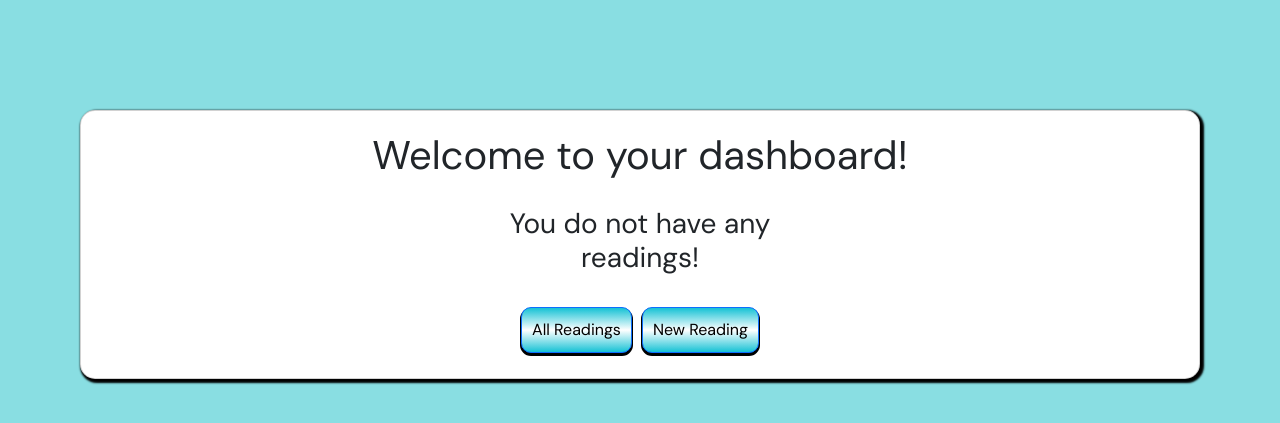
Repository: aiodell/my-glucose-checkup
Page: /dashboard (app in client/)
The author's editor kept a copy of each file at every save. The page is drawn from the files as they stood at one save, then again after the next save.
The browser window is 1280 px wide. The pictures show the whole page.
The page's requests for data from a server got no answer. The project was rebuilt for these pictures with package versions that can differ from the ones it lists, and the page was loaded fresh each time. No one was signed in, and anything a server would have sent is missing. Also part of the build but not shown: client/src/components/Login.js, client/src/components/Signup.js, client/src/components/AllReadings.js, client/src/components/NewReading.js, client/src/components/Home.js, client/src/components/BglUpdateForm.js, client/src/components/BglEventDetails.js, client/src/components/NewBglEvent.js and 8 more.

Above is the page before, as saved 2022-10-06 07:05:22.

### client/src/index.js
import React from 'react';
import ReactDOM from 'react-dom/client';
import {BrowserRouter as Router} from "react-router-dom";
import 'bootstrap/dist/css/bootstrap.min.css';
import App from './App';

const root = ReactDOM.createRoot(document.getElementById('root'));
root.render(
  <React.StrictMode>
  <Router>
    <App />
  </Router>
  </React.StrictMode>
);

### client/src/App.js
import { useState, useEffect } from "react"
import { Switch, Route, useHistory } from "react-router-dom"
import NavBar from "./components/NavBar"
import Login from "./components/Login"
import Signup from "./components/Signup"
import Dashboard from "./components/Dashboard"
import AllReadings from "./components/AllReadings"
import NewReading from "./components/NewReading"
import Home from "./components/Home"
import BglEventDetails from "./components/BglEventDetails"
import NewBglEvent from "./components/NewBglEvent"
import Events from "./components/Events"
import UserProfile from "./components/UserProfile"
import CreateProfile from "./components/CreateProfile"
import AllUsers from "./components/AllUsers"
import './styles.css'

const App = () => {
  const [currentUser, setCurrentUser] = useState("")
  const [readings, setReadings] = useState([])
  const [events, setEvents] = useState([])
  const [users, setUsers] = useState([])
  const [following, setFollowing] = useState([])
  const history = useHistory()

  useEffect( () => {
    fetch(`/auto-login`)
    .then((r) => {
      if (r.ok) {
        r.json().then((user) => setCurrentUser(user))
      }else{
        history.push("/login")
      }
    })
  }, [ ])

	useEffect(() => {
		fetch("/events")
		.then((r) => r.json())
		.then(setEvents)
	}, [])

  useEffect(() => {
		fetch("/bgls")
		.then((r) => r.json())
		.then(setReadings)
	}, [])

  useEffect(() => {
    fetch("/users")
    .then((r) => r.json())
    .then(setUsers)
  }, [])

  useEffect(() => {
    fetch("/relationships")
    .then((r) => r.json())
    .then(setFollowing)
  }, [])

  const updateUser = (user) => setCurrentUser(user)

  const addNewReading = (newReading) => {setReadings(readings => [...readings, newReading])}

  const deleteReading = (deletedReading) => {
    setReadings((readings) => readings.filter((reading) => reading.id !== deletedReading))
  }

  const deleteEvent = (deletedEvent) => {
    setEvents((events) => events.filter((event) => event.id !== deletedEvent))
  }

  const updateBgl = (updatedBgl) => {
    setReadings((readings) => readings.map(bgl => bgl.id === updatedBgl.id ? updatedBgl : bgl))
  }

  // add follower to list
  const addNewFollow = (newFollow) => {
    setFollowing(following => [...following, newFollow])
    const copyOfCurrentUser = {...currentUser}
    copyOfCurrentUser.followees.push(newFollow)
    setCurrentUser(copyOfCurrentUser)
  }

  // delete follower from the list
  const deleteFollow = (deletedFollow) => {
    setFollowing((following) => following.filter((following) => following.id !== deletedFollow))
  }

  const removeCurrentFollowing = (deletedFollowee) => {
    const copyOfCurrentUser = {...currentUser}
    copyOfCurrentUser.followees = copyOfCurrentUser.followees.filter(followee => followee.followee_id !== deletedFollowee.followee_id)
    setCurrentUser(copyOfCurrentUser)
  }

   return (
   <div>
    <NavBar
      currentUser = {currentUser}
      updateUser = {updateUser}
    />
    <Switch>
      <Route exact path = "/login">
        <Login updateUser = {updateUser}/>
      </Route>
      <Route exact path = "/signup">
        <Signup />
      </Route>
      <Route exact path = "/dashboard">
        <Dashboard
        currentUser = {currentUser}
        readings = {readings}
        setReadings = {setReadings}
        following = {following}  // will be used to display the highs and lows of a user being followed
        users = {users}
        />
      </Route>
      <Route exact path= "/bgls/all">
        <AllReadings
        readings = {readings}
        setReadings = {setReadings}
        />
      </Route>
      <Route exact path= "/bgls/new">
        <NewReading addNewReading= {addNewReading} />
      </Route>
      <Route exact path= "/bgls/:id/">
        <BglEventDetails
          updateBgl = {updateBgl}
          deleteReading= {deleteReading}
          readings = {readings}
        />
      </Route>
      <Route exact path="/bgls/:id/bgl_events/new">
        <NewBglEvent events= {events}/>
      </Route>
      <Route exact path="/events">
        <Events
          deleteEvent = {deleteEvent}
          events = {events}
          setEvents = {setEvents}
        />
      </Route>
      <Route exact path= "/me">
        <UserProfile
        currentUser = {currentUser}
        users = {users}
        />
      </Route>
      <Route exact path = "/create-profile">
        <CreateProfile />
      </Route>
      <Route exact path= "/users">
        <AllUsers
        currentUser = {currentUser}
        users = {users}
        addNewFollow = {addNewFollow}
        deleteFollow = {deleteFollow}
        removeCurrentFollowing ={removeCurrentFollowing}
        />
      </Route>
      <Route exact path="/">
        <Home
        currentUser = {currentUser}
        setCurrentUser = {setCurrentUser}/>
      </Route>
    </Switch>
   </div>
  )
}

export default App;

### client/src/components/NavBar.js
import { useHistory, NavLink } from 'react-router-dom'
import Container from "react-bootstrap/Container"
import Nav from 'react-bootstrap/Nav';
import Navbar from 'react-bootstrap/Navbar';
import '../styles.css';

const NavBar = ({updateUser, currentUser}) => {
	const history = useHistory()

	// log out only available when logged in
	const handleLogout = (e) => {
		fetch(`/logout`, {
			method: 'DELETE'
		})
		.then(() => {
			updateUser("")
			history.push('/')
		})
	}

	return(
		<>
		{currentUser ?
			<Navbar bg="dark" variant="dark" expand="lg">
			<Container className="nav-bar">
				<Navbar.Brand>My Glucose Checkup</Navbar.Brand>
				<Navbar.Toggle aria-controls="basic-navbar-nav" />
				<Navbar.Collapse id="basic-navbar-nav"></Navbar.Collapse>
					<Nav className="me-auto">
						<NavLink className="nav-link" to="/dashboard">
							<Nav.Item>Dashboard</Nav.Item>
						</NavLink>
						<NavLink className="nav-link" to="/bgls/all">
							<Nav.Item>My BGLs</Nav.Item>
						</NavLink>
						<NavLink className="nav-link" to="/bgls/new">
							<Nav.Item>New Reading</Nav.Item>
						</NavLink>
						<NavLink className="nav-link" to="/me">
							<Nav.Item>My Account</Nav.Item>
						</NavLink>
						<NavLink className="nav-link" to="/users">
							<Nav.Item>All Users</Nav.Item>
						</NavLink>
						<Nav.Link onClick={handleLogout}>Logout</Nav.Link>
					</Nav>
			</Container>
		</Navbar> : null }
		</>
	)
}

export default NavBar

### client/src/components/Dashboard.js
import { useState, useEffect } from "react"
import {useHistory, Link, NavLink } from "react-router-dom"
import Container from "react-bootstrap/Container"
import Card from "react-bootstrap/Card"
import Button from "react-bootstrap/Button"
import Col from 'react-bootstrap/Col';
import Row from 'react-bootstrap/Row';

const Dashboard = ({currentUser}) => {
	const[readings, setReadings] = useState([])
	const[errors, setErrors] = useState([])
	const history= useHistory()

	// get the bgls for the user
	useEffect(() => {
		fetch("/bgls")
		.then(r => {
			if(r.ok){
				r.json().then(data => setReadings(data))
			}else{
				r.json().then(data => {
					setErrors(data.errors)
					history.push("/login")
				})
			}
		})
	}, [ ])

	// sort the highest, lowest, and most current value
	const lowestValue = [...readings].sort((a,b) => a.value - b.value)
	const highestValue = [...readings].sort((a,b) => b.value - a.value)
	const highestId =[...readings].sort((a,b) => b.id - a.id)

	const average = (arr) => {
		const { length } = arr
		return arr.reduce((acc, val) => {
			return acc + (val.value/length)
		}, 0)
	}

	const renderAverage = parseInt(average(readings))

	const renderLowest = lowestValue.slice(0,1).map((num) => {
		return(
			<div>
				<h2 key={num.id}> Lowest: {num.value}</h2>
			<Link to= {`/bgls/${num.id}`} className="small-link"> View Details</Link>
			</div>
		)
	})

	const renderHighest = highestValue.slice(0,1).map((num)=> {
		return(
			<div>
				<h2 key={num.id}> Highest: {num.value}</h2>
				<Link to= {`/bgls/${num.id}`} className="small-link"> View Details</Link>
			</div>
		)
	})

	const renderCurrent = highestId.slice(0,1).map((num) => {
		return(
		<>
			<Card className="current-bgl">
				<h1 className="current-txt" key={num.id}> {num.value} </h1>
			</Card>
			<Link to= {`/bgls/${num.id}`} className="small-link"> View Details</Link>
		</>
		)
	})

	// will return a dashboard alongside any highs and lows of followed users
	return(
		<Container className="container-style">
			{errors ? errors.map(e => <section>{e}</section>):null}
			<Card className="dash-container">
				{currentUser.first_name ? <h1 className="dash-title">
					Welcome to your dashboard, {currentUser.first_name} </h1>
					: <h1>Welcome to your dashboard!</h1> }
				{currentUser.admin ?
				<>
					<Row>
						<p>You are in admin mode</p>
							{renderCurrent}
					</Row>
						<Row className="low-high-avg">
							<Col>{renderLowest}</Col>
							<Col>
								{renderAverage === 0 ? <h3> You do not have any readings!</h3> :
								 	<h2> Average: {renderAverage}</h2>
								 }
							</Col>
							<Col>{renderHighest}</Col>
						</Row>
						<div>
							<NavLink to="/events">
								<Button className="btns" >All Events</Button>
							</NavLink>
							<NavLink to="/bgls/all">
								<Button className="btns">All Test Readings</Button>
							</NavLink>
							<NavLink to="/bgls/new">
								<Button className="btns">New Test Reading</Button>
							</NavLink>
						</div>
						<div>
							{/* Add updates from followed users here */}
						</div>
				</> :
				<>
					<Row>
						{renderCurrent}
					</Row>
						<Row className="low-high-avg">
							<Col>{renderLowest}</Col>
							<Col>
								{renderAverage === 0 ? <h3> You do not have any readings!</h3> :
								 	<h2> Average: {renderAverage}</h2>
								}
							</Col>
							<Col>{renderHighest}</Col>
						</Row>
						<div>
							<NavLink to="/bgls/all">
								<Button className="btns">All Readings</Button>
							</NavLink>
							<NavLink to="/bgls/new">
								<Button className="btns">New Reading</Button>
							</NavLink>
						</div>
				</> }
			</Card>
		</Container>
	)
}

export default Dashboard

### client/src/styles.css
@import url('https://fonts.googleapis.com/css2?family=DM+Sans&display=swap');
@import url('https://fonts.googleapis.com/css2?family=Carter+One&family=DM+Sans&display=swap');

body {
  font-family: 'DM Sans', sans-serif;
  background-color:	#89dee2;
  margin: 0px;
}

/*Universal */
.btns {
  background-image: linear-gradient(#16c2d5, #ffffff,#16c2d5);
  color: rgb(0, 0, 0);
  padding: 10px;
  margin: 5px;
  text-align: center;
  border-radius: 10px;
  box-shadow: 0px 2px 0px 1px black;
  text-decoration: none;
}

.container-style{
  text-align: center;
  padding: 10px;
  position: relative;
}

.navbar-brand{
  font-family: 'Carter One', cursive;
  font-size: 2rem;
  text-align:left
}

/*Home Page */
.Home {
  text-align: center;
}

.home-background {
  background-color: #88c7b2;
  min-height: 100vh;
  display: flex;
  flex-direction: column;
  align-items: center;
  justify-content: center;
  font-size: calc(10px + 2vmin);
  color: white;
}

.welcome {
  font-family: 'Carter One', cursive;
  text-shadow: 2px 2px black;
  text-align: center;
}

.home-btn-div {
  align-content: center;
}

/*Forms */
.form-style{
  margin-top: 100px;
  border-radius: 20px;
  box-shadow: 0px 2px 0px 1px black;
  background-image: linear-gradient(#67eabe, #ffffff);
  color: rgb(0, 0, 0);
}
.title{
  padding: 20px;
  position: relative;
}

/*Dashbord */
.dash-container{
  margin-top: 100px;
  padding: 20px;
  background-image: linear-gradient(#ffffff,#ffffff, #ffffff #527c88);
  box-shadow: 2px 2px 2px 2px black;
  border-radius: 15px;
  position: relative;
}

.current-bgl{
  border-radius: 50%;
  height: 150px;
  width: 150px;
  vertical-align: middle;
  left: 44%;
  position: relative;
  box-shadow: 2px 2px 2px 2px black;
  background-image: linear-gradient(#67eabe, #ffffff);
}

.current-txt{
  text-align: center;
  font-size: 4rem;
  padding-top: 40px;
  padding-left: 5px;
  position: relative;
}

.low-high-avg{
  padding: 20px;
  position: relative;
}

.dash-title{
  font-family: 'Carter One', cursive;
  text-shadow: 2px 2px 2px black;
  color: white
}

/*Events */

.list{
  list-style: none;
  padding: 5px;
  font-size: 150%;
}

.event-container-style{
  text-align: center;
  padding: 10px;
  position: relative;
  margin: 5px;
}

.delete-btn{
  background-image: linear-gradient(#67eabe, #ffffff);
  color: rgb(0, 0, 0);
  padding: 5px;
  margin: 5px;
  text-align: center;
  box-shadow: 0px 2px 0px 1px black;
  text-decoration: none;
}
.event-card{
  vertical-align: middle;
  left: 39%;
  position: relative;
}

/*All bgls*/
.all-bgl-container-style{
  align-content: center;
  margin-top: 20px;
  text-align: center;
  display: relative;
  position:relative;
  max-width: 50%;
}

.link-text-style{
  text-decoration: none;
}

.pages {
  display: flex;
  justify-content: center;
  margin-top: 20px;
}

.bgl-card{
  margin: 10px;
  text-decoration: none;
  color: black;
  box-shadow: 0px 2px 0px 2px black;
}

.card-title{
  font-size: 150%;
}

.search {
  width: 50%;
  text-align: center;

  position: relative;
  display: block;
  margin: auto;
  padding: 2rem;
}

.searchTerm {
  text-align: center;
  width: 100%;
  border: 3px solid #004e59;
  padding: 5px;
  height: 3rem;
  border-radius: 5px;
  outline: none;
  font-size: 1.5rem;
}

/* Profile Completion Form */
.form-title{
  text-align: center;
  margin-top: 15px;
}

.profile-completion{
  text-align: center;
  padding: 15px;
  margin: 10px;
  box-shadow: 1px 2px 0px 1px black;
  background-image: linear-gradient(#eaeaea, #ffffff);
  color: rgb(0, 0, 0);
}

.profile-label{
  margin-bottom: 5px;
  margin-top: 10px;
}

.form-check{
  margin-top: 5px
}

/*profile container*/
.profile-container{
  align-content: center;
  margin-top: 20px;
  text-align: center;
  display: relative;
  position:relative;
  max-width: 50%;
}

Loaded but not shown: client/public/index.html (common file)

After the next save:
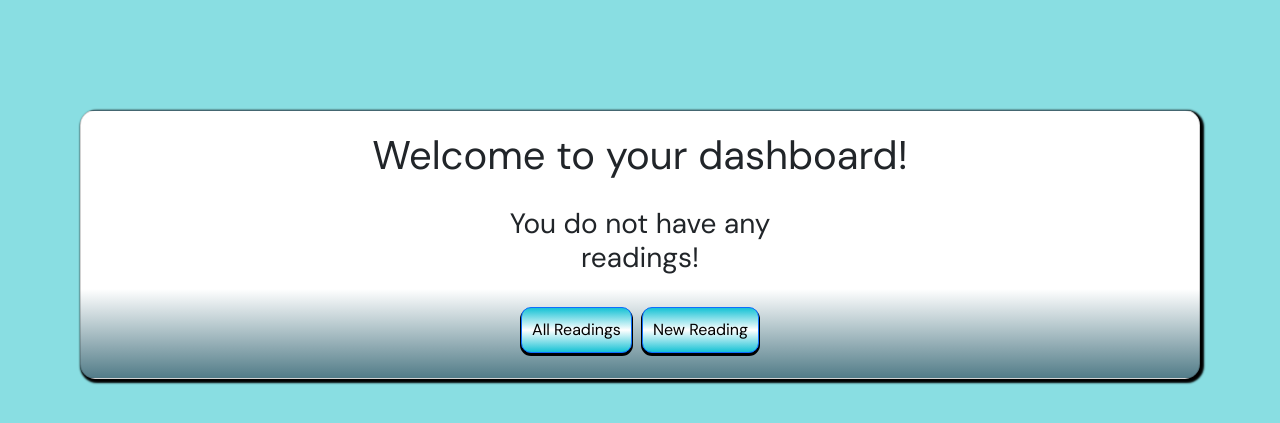
Saved 14 s later.
--- a/client/src/styles.css
+++ b/client/src/styles.css
@@ -74,7 +74,7 @@ body {
 .dash-container{
   margin-top: 100px;
   padding: 20px;
-  background-image: linear-gradient(#ffffff,#ffffff, #ffffff #527c88);
+  background-image: linear-gradient(#ffffff,#ffffff, #ffffff, #527c88);
   box-shadow: 2px 2px 2px 2px black;
   border-radius: 15px;
   position: relative;
